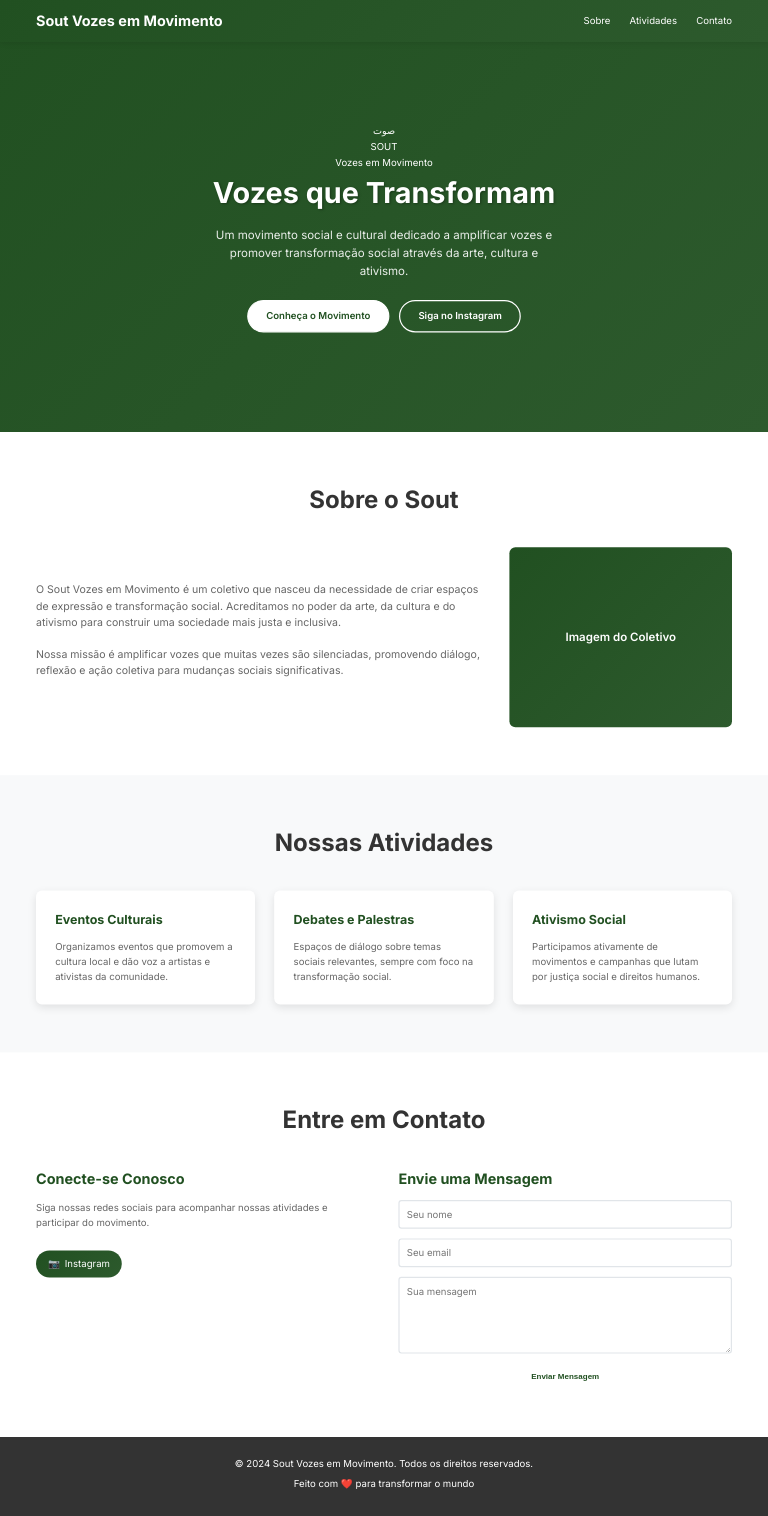
Repository: farukzahra/sout
Page: index.html
An editor plug-in stored every save of this project. The page is shown before and after the next save, followed by the edit.
The browser window is 1280 px wide. The pictures show the whole page, at 60% of full size.

Above is the page before, as saved 2025-10-02 12:56:35.

### index.html
<!DOCTYPE html>
<html lang="pt-BR">
<head>
    <meta charset="UTF-8">
    <meta name="viewport" content="width=device-width, initial-scale=1.0">
    <title>Sout Vozes em Movimento</title>
    <meta name="description" content="Sout Vozes em Movimento - Movimento social e cultural">
    <link rel="stylesheet" href="style.css">
    <link href="https://fonts.googleapis.com/css2?family=Inter:wght@300;400;600;700&display=swap" rel="stylesheet">
</head>
<body>
    <header class="header">
        <nav class="nav">
            <div class="nav-brand">
                <h1>Sout Vozes em Movimento</h1>
            </div>
            <ul class="nav-menu">
                <li><a href="#sobre">Sobre</a></li>
                <li><a href="#atividades">Atividades</a></li>
                <li><a href="#contato">Contato</a></li>
            </ul>
        </nav>
    </header>

    <main>
        <section class="hero">
            <div class="hero-content">
                <div class="hero-logo">
                    <div class="logo-text">صوت</div>
                    <div class="logo-main">SOUT</div>
                    <div class="logo-subtitle">Vozes em Movimento</div>
                </div>
                <h2>Vozes que Transformam</h2>
                <p>Um movimento social e cultural dedicado a amplificar vozes e promover transformação social através da arte, cultura e ativismo.</p>
                <div class="hero-buttons">
                    <a href="#sobre" class="btn btn-primary">Conheça o Movimento</a>
                    <a href="https://www.instagram.com/sout_vozesemmovimento/" target="_blank" class="btn btn-secondary">Siga no Instagram</a>
                </div>
            </div>
        </section>

        <section id="sobre" class="section">
            <div class="container">
                <h2>Sobre o Sout</h2>
                <div class="about-content">
                    <div class="about-text">
                        <p>O Sout Vozes em Movimento é um coletivo que nasceu da necessidade de criar espaços de expressão e transformação social. Acreditamos no poder da arte, da cultura e do ativismo para construir uma sociedade mais justa e inclusiva.</p>
                        <p>Nossa missão é amplificar vozes que muitas vezes são silenciadas, promovendo diálogo, reflexão e ação coletiva para mudanças sociais significativas.</p>
                    </div>
                    <div class="about-image">
                        <div class="placeholder-image">
                            <span>Imagem do Coletivo</span>
                        </div>
                    </div>
                </div>
            </div>
        </section>

        <section id="atividades" class="section section-alt">
            <div class="container">
                <h2>Nossas Atividades</h2>
                <div class="activities-grid">
                    <div class="activity-card">
                        <h3>Eventos Culturais</h3>
                        <p>Organizamos eventos que promovem a cultura local e dão voz a artistas e ativistas da comunidade.</p>
                    </div>
                    <div class="activity-card">
                        <h3>Debates e Palestras</h3>
                        <p>Espaços de diálogo sobre temas sociais relevantes, sempre com foco na transformação social.</p>
                    </div>
                    <div class="activity-card">
                        <h3>Ativismo Social</h3>
                        <p>Participamos ativamente de movimentos e campanhas que lutam por justiça social e direitos humanos.</p>
                    </div>
                </div>
            </div>
        </section>

        <section id="contato" class="section">
            <div class="container">
                <h2>Entre em Contato</h2>
                <div class="contact-content">
                    <div class="contact-info">
                        <h3>Conecte-se Conosco</h3>
                        <p>Siga nossas redes sociais para acompanhar nossas atividades e participar do movimento.</p>
                        <div class="social-links">
                            <a href="https://www.instagram.com/sout_vozesemmovimento/" target="_blank" class="social-link">
                                <span>📷</span> Instagram
                            </a>
                        </div>
                    </div>
                    <div class="contact-form">
                        <h3>Envie uma Mensagem</h3>
                        <form>
                            <input type="text" placeholder="Seu nome" required>
                            <input type="email" placeholder="Seu email" required>
                            <textarea placeholder="Sua mensagem" rows="5" required></textarea>
                            <button type="submit" class="btn btn-primary">Enviar Mensagem</button>
                        </form>
                    </div>
                </div>
            </div>
        </section>
    </main>

    <footer class="footer">
        <div class="container">
            <p>&copy; 2024 Sout Vozes em Movimento. Todos os direitos reservados.</p>
            <p>Feito com ❤️ para transformar o mundo</p>
        </div>
    </footer>

    <script>
        // Smooth scrolling para links internos
        document.querySelectorAll('a[href^="#"]').forEach(anchor => {
            anchor.addEventListener('click', function (e) {
                e.preventDefault();
                const target = document.querySelector(this.getAttribute('href'));
                if (target) {
                    target.scrollIntoView({
                        behavior: 'smooth',
                        block: 'start'
                    });
                }
            });
        });

        // Formulário de contato (funcionalidade básica)
        document.querySelector('form').addEventListener('submit', function(e) {
            e.preventDefault();
            alert('Obrigado pela sua mensagem! Entraremos em contato em breve.');
            this.reset();
        });
    </script>
</body>
</html>

### style.css
/* Reset e configurações básicas */
* {
    margin: 0;
    padding: 0;
    box-sizing: border-box;
}

body {
    font-family: 'Inter', sans-serif;
    line-height: 1.6;
    color: #333;
    background-color: #fff;
}

.container {
    max-width: 1200px;
    margin: 0 auto;
    padding: 0 20px;
}

/* Header */
.header {
    background: linear-gradient(135deg, #215021 0%, #2d5a2d 100%);
    color: white;
    padding: 1rem 0;
    position: fixed;
    top: 0;
    width: 100%;
    z-index: 1000;
    box-shadow: 0 2px 10px rgba(0,0,0,0.1);
}

.nav {
    display: flex;
    justify-content: space-between;
    align-items: center;
    max-width: 1200px;
    margin: 0 auto;
    padding: 0 20px;
}


.nav-menu {
    display: flex;
    list-style: none;
    gap: 2rem;
}

.nav-menu a {
    color: white;
    text-decoration: none;
    font-weight: 500;
    transition: opacity 0.3s ease;
}

.nav-menu a:hover {
    opacity: 0.8;
}

/* Hero Section */
.hero {
    background: linear-gradient(135deg, #215021 0%, #2d5a2d 100%);
    color: white;
    padding: 120px 0 80px;
    text-align: center;
    min-height: 100vh;
    display: flex;
    align-items: center;
    justify-content: center;
}


.hero-content h2 {
    font-size: 3rem;
    font-weight: 700;
    margin-bottom: 1rem;
    text-shadow: 2px 2px 4px rgba(0,0,0,0.3);
}

.hero-content {
    max-width: 800px;
    margin: 0 auto;
    padding: 0 20px;
}

.hero-content p {
    font-size: 1.2rem;
    margin-bottom: 2rem;
    max-width: 600px;
    margin-left: auto;
    margin-right: auto;
    opacity: 0.9;
}

.hero-buttons {
    display: flex;
    gap: 1rem;
    justify-content: center;
    flex-wrap: wrap;
}

/* Botões */
.btn {
    display: inline-block;
    padding: 12px 30px;
    text-decoration: none;
    border-radius: 50px;
    font-weight: 600;
    transition: all 0.3s ease;
    border: 2px solid transparent;
}

.btn-primary {
    background: white;
    color: #215021;
    border-color: white;
}

.btn-primary:hover {
    background: transparent;
    color: white;
    border-color: white;
}

.btn-secondary {
    background: transparent;
    color: white;
    border-color: white;
}

.btn-secondary:hover {
    background: white;
    color: #215021;
}

/* Seções */
.section {
    padding: 80px 0;
}

.section-alt {
    background-color: #f8f9fa;
}

.section h2 {
    text-align: center;
    font-size: 2.5rem;
    margin-bottom: 3rem;
    color: #333;
}

/* Sobre */
.about-content {
    display: grid;
    grid-template-columns: 2fr 1fr;
    gap: 3rem;
    align-items: center;
}

.about-text p {
    font-size: 1.1rem;
    margin-bottom: 1.5rem;
    color: #666;
}

.placeholder-image {
    background: linear-gradient(135deg, #215021 0%, #2d5a2d 100%);
    height: 300px;
    border-radius: 10px;
    display: flex;
    align-items: center;
    justify-content: center;
    color: white;
    font-size: 1.2rem;
    font-weight: 600;
}

/* Atividades */
.activities-grid {
    display: grid;
    grid-template-columns: repeat(auto-fit, minmax(300px, 1fr));
    gap: 2rem;
}

.activity-card {
    background: white;
    padding: 2rem;
    border-radius: 10px;
    box-shadow: 0 5px 15px rgba(0,0,0,0.1);
    transition: transform 0.3s ease, box-shadow 0.3s ease;
}

.activity-card:hover {
    transform: translateY(-5px);
    box-shadow: 0 10px 25px rgba(0,0,0,0.15);
}

.activity-card h3 {
    color: #215021;
    margin-bottom: 1rem;
    font-size: 1.3rem;
}

.activity-card p {
    color: #666;
    line-height: 1.6;
}

/* Contato */
.contact-content {
    display: grid;
    grid-template-columns: 1fr 1fr;
    gap: 3rem;
}

.contact-info h3 {
    color: #215021;
    margin-bottom: 1rem;
    font-size: 1.5rem;
}

.contact-info p {
    color: #666;
    margin-bottom: 2rem;
}

.social-links {
    display: flex;
    gap: 1rem;
}

.social-link {
    display: flex;
    align-items: center;
    gap: 0.5rem;
    padding: 10px 20px;
    background: linear-gradient(135deg, #215021 0%, #2d5a2d 100%);
    color: white;
    text-decoration: none;
    border-radius: 25px;
    transition: transform 0.3s ease;
}

.social-link:hover {
    transform: translateY(-2px);
}

.contact-form h3 {
    color: #215021;
    margin-bottom: 1rem;
    font-size: 1.5rem;
}

.contact-form form {
    display: flex;
    flex-direction: column;
    gap: 1rem;
}

.contact-form input,
.contact-form textarea {
    padding: 12px;
    border: 2px solid #e1e5e9;
    border-radius: 5px;
    font-family: inherit;
    font-size: 1rem;
    transition: border-color 0.3s ease;
}

.contact-form input:focus,
.contact-form textarea:focus {
    outline: none;
    border-color: #215021;
}

.contact-form textarea {
    resize: vertical;
    min-height: 120px;
}

/* Footer */
.footer {
    background: #333;
    color: white;
    text-align: center;
    padding: 2rem 0;
}

.footer p {
    margin-bottom: 0.5rem;
}

/* Responsividade */
@media (max-width: 768px) {
    .nav {
        flex-direction: column;
        gap: 1rem;
    }

    .nav-menu {
        gap: 1rem;
    }

    .hero-logo .logo-main {
        font-size: 3rem;
    }

    .hero-content h2 {
        font-size: 2rem;
    }

    .hero-buttons {
        flex-direction: column;
        align-items: center;
    }

    .about-content,
    .contact-content {
        grid-template-columns: 1fr;
        gap: 2rem;
    }

    .activities-grid {
        grid-template-columns: 1fr;
    }

    .section h2 {
        font-size: 2rem;
    }
}

@media (max-width: 480px) {
    .hero {
        padding: 100px 0 60px;
    }

    .hero-logo .logo-main {
        font-size: 2.5rem;
    }

    .hero-content h2 {
        font-size: 1.8rem;
    }

    .hero-content p {
        font-size: 1rem;
    }

    .section {
        padding: 60px 0;
    }

    .container {
        padding: 0 15px;
    }
}

After the next save:
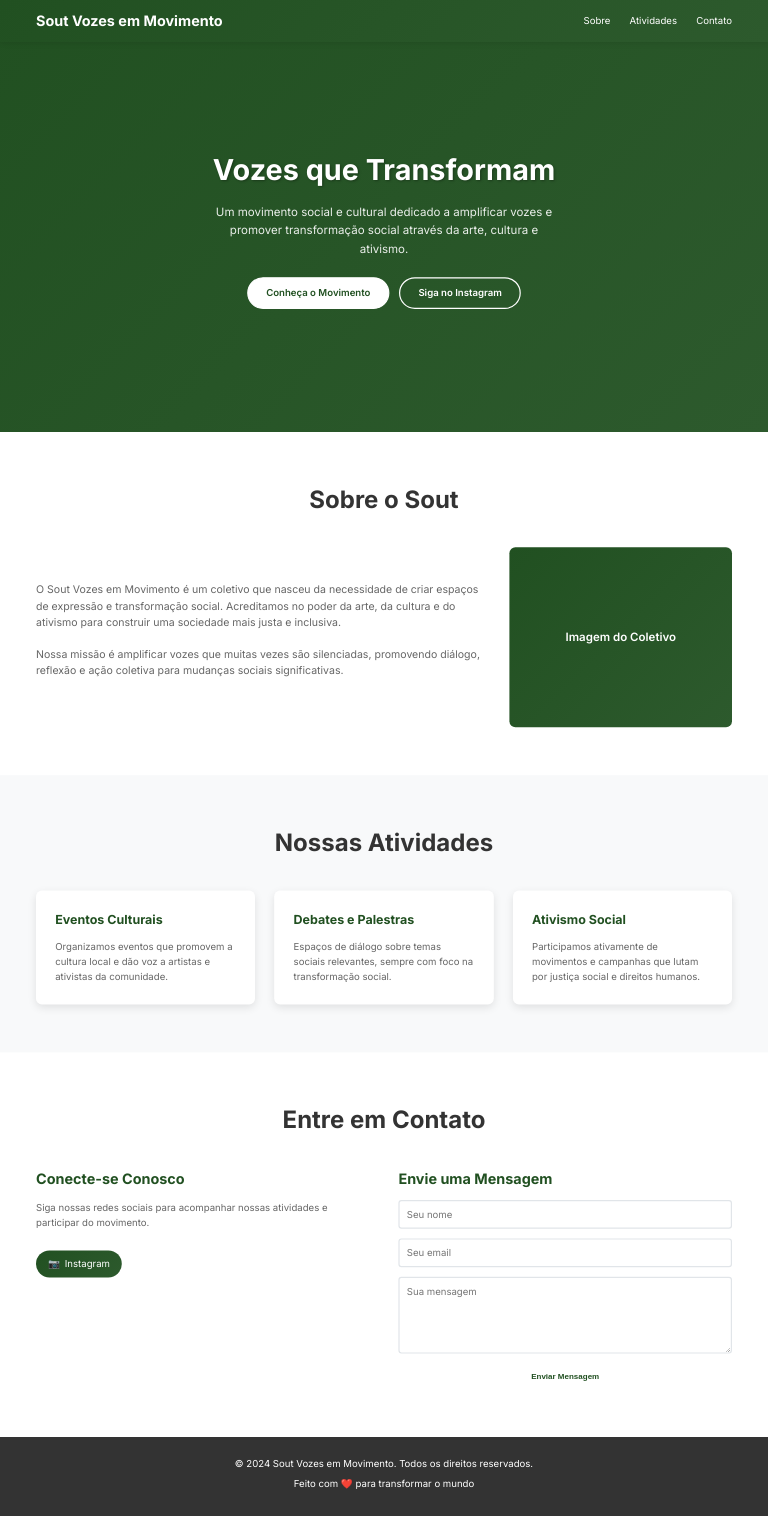
Saved 6 s later.
--- a/index.html
+++ b/index.html
@@ -25,11 +25,6 @@
     <main>
         <section class="hero">
             <div class="hero-content">
-                <div class="hero-logo">
-                    <div class="logo-text">صوت</div>
-                    <div class="logo-main">SOUT</div>
-                    <div class="logo-subtitle">Vozes em Movimento</div>
-                </div>
                 <h2>Vozes que Transformam</h2>
                 <p>Um movimento social e cultural dedicado a amplificar vozes e promover transformação social através da arte, cultura e ativismo.</p>
                 <div class="hero-buttons">
